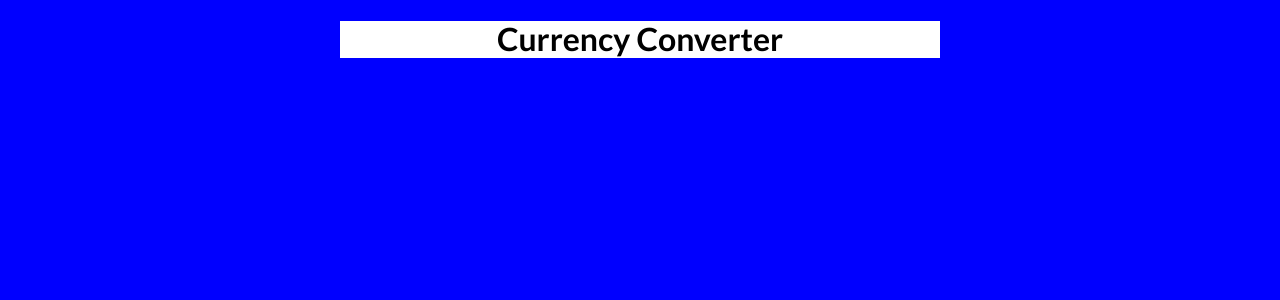
Repository: kkasperczyk/currency-converter
Page: index.html
These files come from the project's save history. The page is drawn as it stood at one moment and after a run of saves; the edit follows.
The browser window is 1280 px wide. The pictures show the whole page.

Above is the page before, as saved 2020-06-15 21:55:41.

### index.html
<!DOCTYPE html>
<html lang="en">

<head>
    <meta charset="UTF-8">
    <meta name="viewport" content="width=device-width, initial-scale=1.0">
    <link rel="stylesheet" href="https://cdnjs.cloudflare.com/ajax/libs/normalize/8.0.1/normalize.min.css"
        integrity="sha256-l85OmPOjvil/SOvVt3HnSSjzF1TUMyT9eV0c2BzEGzU=" crossorigin="anonymous" />
    <link rel="stylesheet" href="css/global.css">
    <link rel="stylesheet" href="css/container.css">
    <link rel="stylesheet" href="css/header.css">
    <script defer src="js/script.js"></script>
    <link href="https://fonts.googleapis.com/css2?family=Lato:ital,wght@0,400;0,700;1,400&display=swap" rel="stylesheet">
    <title>Currency Converter</title>
</head>

<body>
    <div class="container">
        <header class="header">
            <h1 class="header__title">Currency Converter</h1>
        </header>
    </div>
</body>

</html>

### css/global.css
html {
  box-sizing: border-box;
}

*,
::after,
::before {
  box-sizing: inherit;
}

body {
  font-family: "Lato", sans-serif;
  background-color: blue;
}

### css/container.css
.container {
    max-width: 600px;
    margin: 0 auto;
    background-color: white;
}

### css/header.css
.header {
    text-align: center;
}

.header__title {

}

### js/script.js
console.log("Hi all developers! Nice to see you here.");

After the next 2 saves:
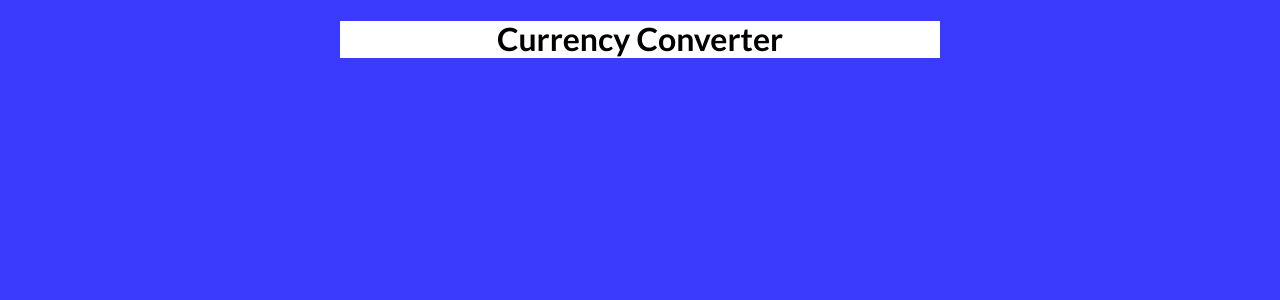
The 2 saves are shown as one change because they came seconds apart.
The last was saved 9 s later.
--- a/css/global.css
+++ b/css/global.css
@@ -10,5 +10,5 @@ html {
 
 body {
   font-family: "Lato", sans-serif;
-  background-color: blue;
+  background-color: rgb(59, 59, 253);
 }
